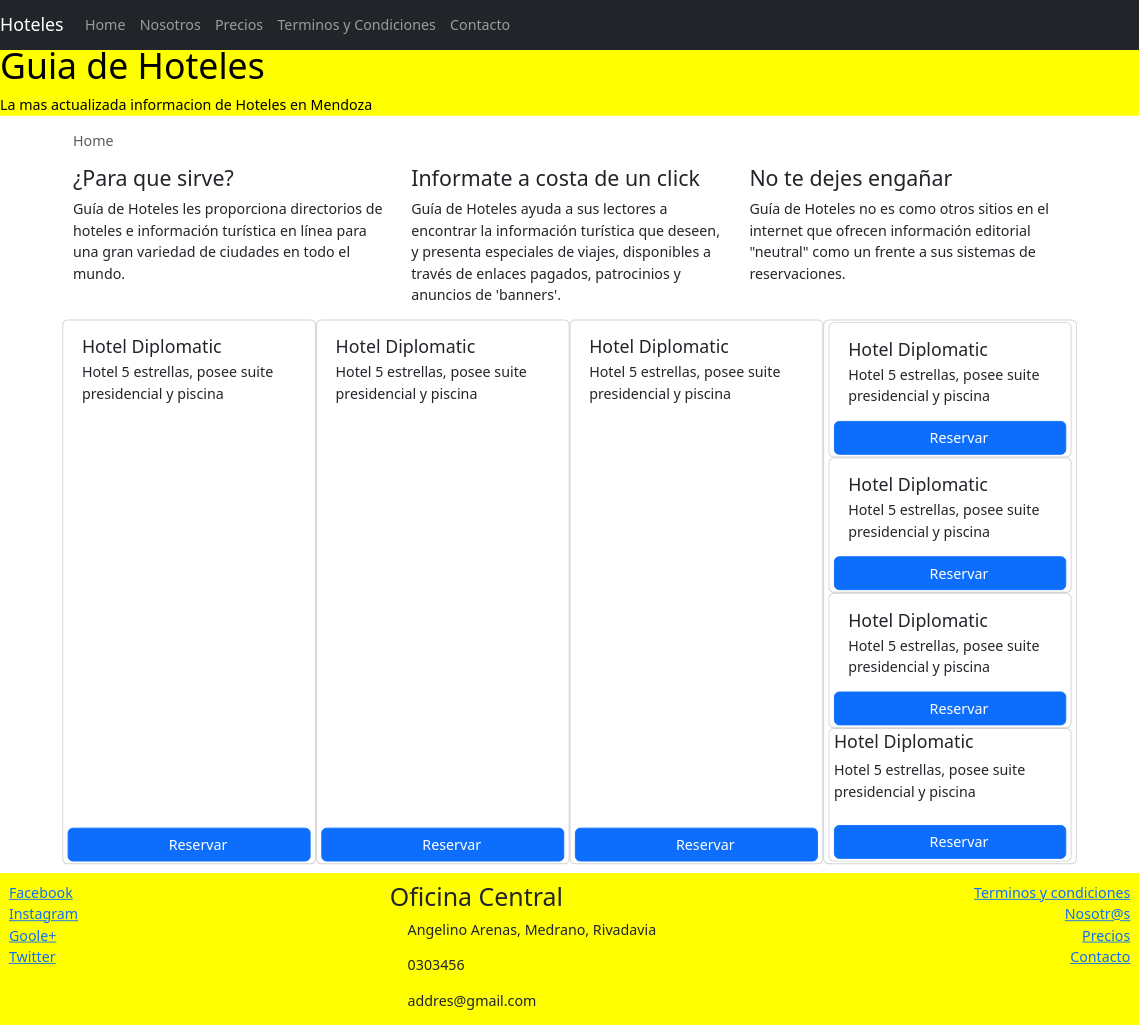
Repository: JulianMoralesSantoni/PaginaHoteles
Page: index.html
An editor plug-in stored every save of this project. The page is shown before and after the next save, followed by the edit.
The browser window is 1280 px wide. The page is 1282 px wide, so the pictures cover 1282 px, including what lies to the right of the window. The pictures show the whole page, at 89% of full size.
Some web fonts or font styles are not loaded; a fallback is used. Some web libraries are served in a nearby version.

Above is the page before, as saved 2021-03-30 01:16:32.

### index.html
<!doctype html>
<html lang="en">
  <head>
    <!-- Required meta tags -->
    <meta charset="utf-8">
    <meta name="viewport" content="width=device-width, initial-scale=1, shrink-to-fit=no">

    <!-- Bootstrap CSS -->
    <link rel="stylesheet" href="node_modules/bootstrap/dist/css/bootstrap.min.css" >
    <link rel="stylesheet" href="css/main.css" >
    <link rel="stylesheet" href="node_modules/open-iconic/font/css/open-iconic-bootstrap.min.css" >

    <title>Guia de Hoteles</title>
  </head>
  <body>
    <nav class="navbar navbar-expand-md navbar-dark bg-dark fixed-top" >
      <a class="navbar-brand" href="./index.html">Hoteles</a>
      <button class="navbar-toggler" type="button" data-toggle="collapse" data-target="#navbarNav" aria-controls="navbarNav" aria-expanded="false" aria-label="Toggle navigation">
        <span class="navbar-toggler-icon"></span>
      </button>
      <div class="collapse navbar-collapse" id="navbarNav">
        <ul class="navbar-nav">
          <li class="nav-item active">
            <a class="nav-link" href="./index.html">Home </a>
          </li>
          <li class="nav-item">
            <a class="nav-link" href="./about.html">Nosotros</a>
          </li>
          <li class="nav-item">
            <a class="nav-link" href="./Precios.html">Precios</a>
          </li>
          <li class="nav-item">
            <a class="nav-link" href="#">Terminos y Condiciones</a>
          </li>
          <li class="nav-item">
            <a class="nav-link" href="./contacto.html">Contacto</a>
          </li>
        </ul>
      </div>
    </nav>
    <div class="jumbotron">
      <h1>Guia de Hoteles</h1>

      <p>La mas actualizada informacion de Hoteles en Mendoza</p>
    </div>

    <div class="container">
      <nav aria-label="breadcrumb">
        <ol class="breadcrumb">
          <li class="breadcrumb-item active" aria-current="page">Home</li>
        </ol>
      </nav>


       <div class="row">
          <div class="col-sm-4 ">
            <h4>¿Para que sirve?</h4>
                  <p>Guía de Hoteles les proporciona directorios de hoteles e información turística en línea para una gran variedad de ciudades en todo el mundo.</p>
          </div>
          <div class="col-sm-4 ">
            <h4>Informate a costa de un click</h4>
                  <p>Guía de Hoteles ayuda a sus lectores a encontrar la información turística que deseen, y presenta especiales de viajes, disponibles a través de enlaces pagados, patrocinios y anuncios de 'banners'.</p>
          </div>
          <div class="col-sm-4 ">
            <h4>No te dejes engañar</h4>

                  <p>Guía de Hoteles no es como otros sitios en el internet que ofrecen información editorial "neutral" como un frente a sus sistemas de reservaciones.</p>
          </div>



          <div class="card card-hotel d-flex flex-column justify-content-between ml-2">

            <div class="card-body">
                     <h5 class="card-title">Hotel Diplomatic</h5>
                     <h6 class="card-subtitle"></h6>
                      <p class="card-text">Hotel 5 estrellas, posee suite presidencial y piscina</p></div>
                      <div><button class="btn btn-primary  btn-reserva"><span class="oi oi-plus footer-address-icon" ></span>Reservar</button></div>
                    </div>


           <div class="card card-hotel d-flex flex-column justify-content-between ml-2">

              <div class="card-body">
                <h5 class="card-title">Hotel Diplomatic</h5>
                  <h6 class="card-subtitle"></h6>
                      <p class="card-text">Hotel 5 estrellas, posee suite presidencial y piscina</p></div>
                        <div><button class="btn btn-primary  btn-reserva"><span class="oi oi-plus footer-address-icon" ></span>Reservar</button></div>
          </div>

    <div class="card card-hotel d-flex flex-column justify-content-between ml-2">

      <div class="card-body">
               <h5 class="card-title">Hotel Diplomatic</h5>
               <h6 class="card-subtitle"></h6>
                <p class="card-text">Hotel 5 estrellas, posee suite presidencial y piscina</p></div>
                <div><button class="btn btn-primary  btn-reserva"><span class="oi oi-plus footer-address-icon" ></span>Reservar</button></div>
              </div>

              <div class="card card-hotel d-flex flex-column justify-content-between ml-2">

     <div class="card card-hotel d-flex flex-column justify-content-between ml-2">

      <div class="card-body">
        <h5 class="card-title">Hotel Diplomatic</h5>
          <h6 class="card-subtitle"></h6>
            <p class="card-text">Hotel 5 estrellas, posee suite presidencial y piscina</p></div>
              <div><button class="btn btn-primary  btn-reserva"><span class="oi oi-plus footer-address-icon" ></span>Reservar</button></div>
    </div>

    <div class="card card-hotel d-flex flex-column justify-content-between ml-2">

      <div class="card-body">
               <h5 class="card-title">Hotel Diplomatic</h5>
               <h6 class="card-subtitle"></h6>
                <p class="card-text">Hotel 5 estrellas, posee suite presidencial y piscina</p></div>
                <div><button class="btn btn-primary  btn-reserva"><span class="oi oi-plus footer-address-icon" ></span>Reservar</button></div>
              </div>

  <div class="card card-hotel d-flex flex-column justify-content-between ml-2">

    <div class="card-body">
             <h5 class="card-title">Hotel Diplomatic</h5>
             <h6 class="card-subtitle"></h6>
              <p class="card-text">Hotel 5 estrellas, posee suite presidencial y piscina</p></div>
              <div><button class="btn btn-primary  btn-reserva"><span class="oi oi-plus footer-address-icon" ></span>Reservar</button></div>
            </div>
  <div class="card card-hotel d-flex flex-column justify-content-between">
           <div>
             <h5>Hotel Diplomatic</h5>
              <p>Hotel 5 estrellas, posee suite presidencial y piscina</p></div>
              <div><button class="btn btn-primary  btn-reserva"><span class="oi oi-plus footer-address-icon" ></span>Reservar</button></div>
            </div>




    </div>
  </div>
</div>

 <footer>
   <div class="row">
     <div class="col-sm-4 d-flex flex-column ">
      <a href="http:www.facebook.com"><span class="iconic iconic-social-facebook iconic-sm" title="social facebook" aria-hidden="true"></span>Facebook</a>
      <a href="http:www.instagram">Instagram</a>
      <a href="http:www.google.com">Goole+</a>
      <a href="http:www.Twitter.com"><span class="iconic iconic-social-twitter iconic-sm" title="social twitter" aria-hidden="true"></span>Twitter</a>
     </div>
   <div class="col-sm-4">
    <address>
      <h3>Oficina Central</h3>
      <p><span class="oi oi-home footer-address-icon" ></span>Angelino Arenas, Medrano, Rivadavia</p>
      <p><span class="oi oi-phone footer-address-icon" > </span>0303456</p>
      <p><span class="oi oi-inbox footer-address-icon" ></span>addres@gmail.com</p>


    </address>
  </div>
  <div class="col-sm-4 d-flex flex-column align-items-end">
     <a href="http:www.facebook.com">Terminos y condiciones</a>
      <a href="http:www.instagram">Nosotr@s</a>
      <a href="http:www.google.com">Precios</a>
      <a href="http:www.Twitter.com">Contacto</a>


  </div>


 </footer>


    <!-- Optional JavaScript -->
    <!-- jQuery first, then Popper.js, then Bootstrap JS -->
 <!--<script src="node_modules/jquery/dist/jquery.min.js" integrity="sha384-DfXdz2htPH0lsSSs5nCTpuj/zy4C+OGpamoFVy38MVBnE+IbbVYUew+OrCXaRkfj" crossorigin="anonymous"></script>
    <script src="node_modules/popper.js/dist/popper.min.js" integrity="sha384-9/reFTGAW83EW2RDu2S0VKaIzap3H66lZH81PoYlFhbGU+6BZp6G7niu735Sk7lN" crossorigin="anonymous"></script>
    <script src="node_modules/bootstrap/dist/js/bootstrap.min.js" integrity="sha384-B4gt1jrGC7Jh4AgTPSdUtOBvfO8shuf57BaghqFfPlYxofvL8/KUEfYiJOMMV+rV" crossorigin="anonymous"></script> -->
    <script src="https://code.jquery.com/jquery-3.5.1.slim.min.js" integrity="sha384-DfXdz2htPH0lsSSs5nCTpuj/zy4C+OGpamoFVy38MVBnE+IbbVYUew+OrCXaRkfj" crossorigin="anonymous"></script>
<script src="https://cdn.jsdelivr.net/npm/bootstrap@4.5.3/dist/js/bootstrap.bundle.min.js" integrity="sha384-ho+j7jyWK8fNQe+A12Hb8AhRq26LrZ/JpcUGGOn+Y7RsweNrtN/tE3MoK7ZeZDyx" crossorigin="anonymous"></script>
  </body>
</html>

### css/main.css
.jumbotron{

	background-color: yellow;
	color:black;
	margin-top: 50px;

}


footer{
	padding: 10px 10px 0 10px;
	background-color: yellow;

	margin-bottom: : 0px;
	margin-top: 10px;

}
.card-hotel{
	flex: 1 150px;
	padding: 2px 5px 2px 5px;

}
.btn-reserva{
	width: 100%;
	position: all;


}
.footer-address-icon{

	padding-right: 20px;
}

After the next save:
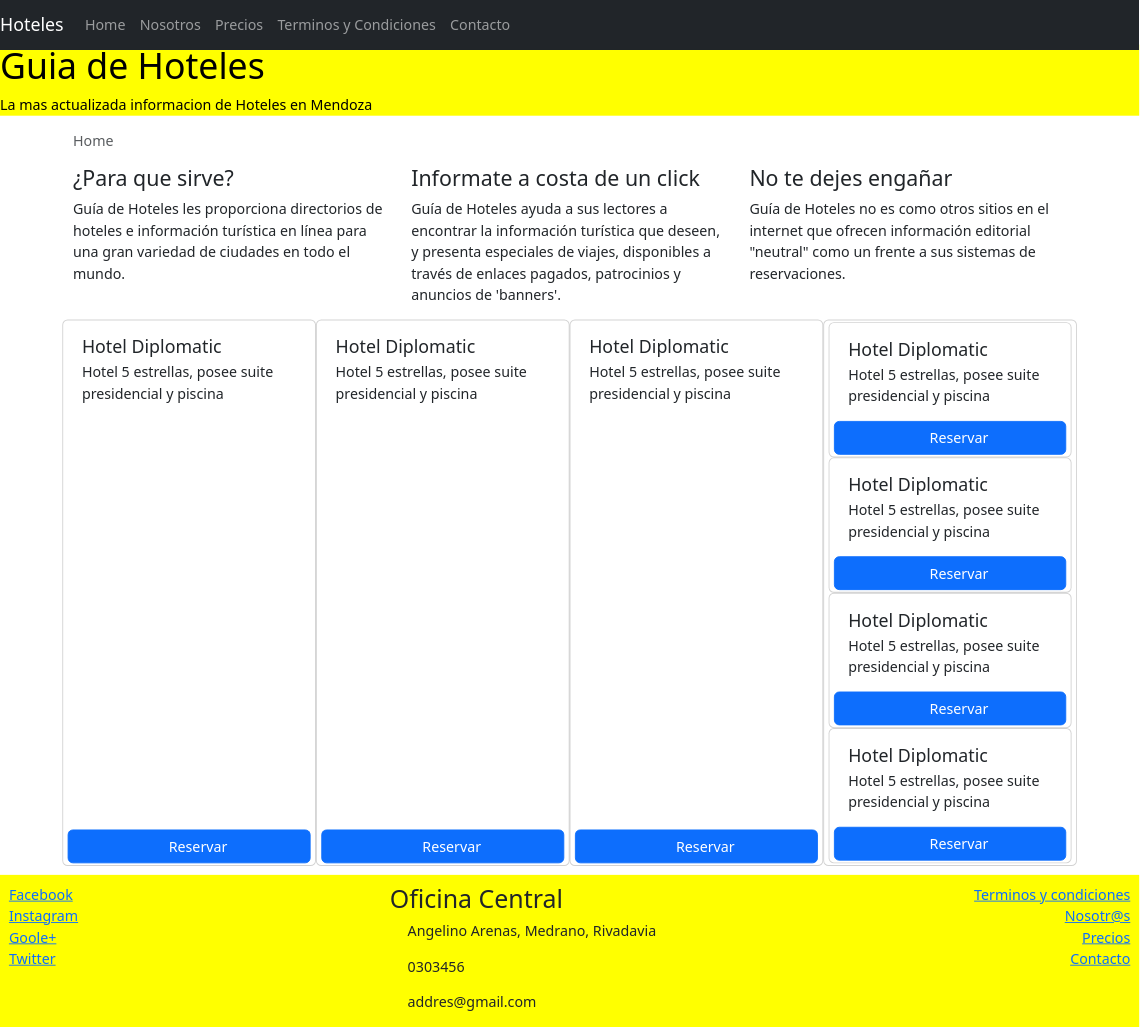
Saved 20 s later.
--- a/index.html
+++ b/index.html
@@ -125,13 +125,14 @@
               <p class="card-text">Hotel 5 estrellas, posee suite presidencial y piscina</p></div>
               <div><button class="btn btn-primary  btn-reserva"><span class="oi oi-plus footer-address-icon" ></span>Reservar</button></div>
             </div>
-  <div class="card card-hotel d-flex flex-column justify-content-between">
-           <div>
-             <h5>Hotel Diplomatic</h5>
-              <p>Hotel 5 estrellas, posee suite presidencial y piscina</p></div>
-              <div><button class="btn btn-primary  btn-reserva"><span class="oi oi-plus footer-address-icon" ></span>Reservar</button></div>
-            </div>
+            <div class="card card-hotel d-flex flex-column justify-content-between ml-2">
 
+              <div class="card-body">
+                       <h5 class="card-title">Hotel Diplomatic</h5>
+                       <h6 class="card-subtitle"></h6>
+                        <p class="card-text">Hotel 5 estrellas, posee suite presidencial y piscina</p></div>
+                        <div><button class="btn btn-primary  btn-reserva"><span class="oi oi-plus footer-address-icon" ></span>Reservar</button></div>
+                      </div>
 
 
 
